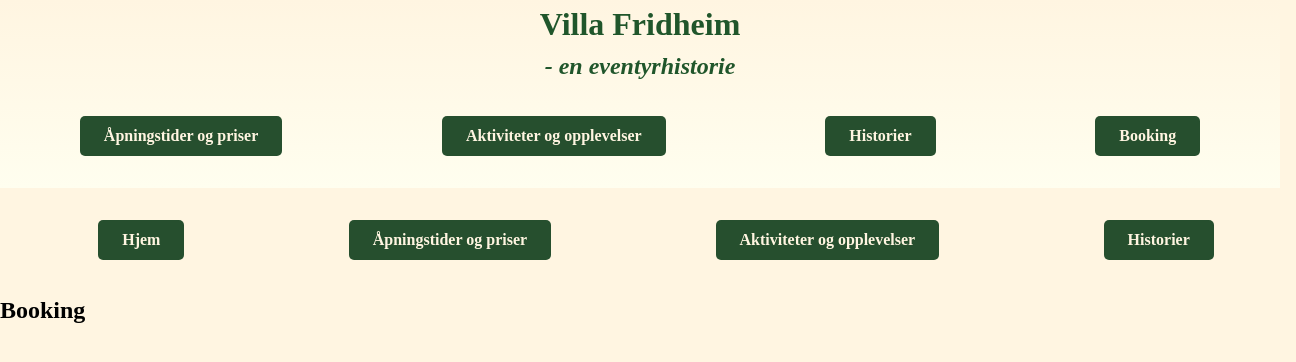
Repository: IdaHolmen/villa-fridheim
Page: src/booking.html
An editor plug-in stored every save of this project. The page is shown before and after the next save, followed by the edit.
The browser window is 1280 px wide. The page is 1296 px wide, then 1280 px, so the pictures cover 1296 px, including what lies to the right of the window. The pictures show the whole page.
Some web fonts or font styles are not loaded; a fallback is used.

Above is the page before, as saved 2024-10-07 09:42:26.

### src/booking.html
<!DOCTYPE html>
<html lang="en">
    <head>
        <meta charset="UTF-8" />
        <meta name="viewport" content="width=device-width, initial-scale=1.0" />
        <title>Villa Fridheim</title>
        <link rel="stylesheet" type="text/css" href="../css/reset.css" />
        <link rel="stylesheet" type="text/css" href="../css/style.css" />
    </head>
    <body>
        <header>
            <h1>Villa Fridheim</h1>
            <h2 id="sub-heading">- en eventyrhistorie</h2>

            <nav class="nav-bar">
                <a href="../index.html" class="nav-link">Åpningstider og priser</a>
                <a href="./activities.html" class="nav-link">Aktiviteter og opplevelser</a>
                <a href="./stories.html" class="nav-link">Historier</a>
                <a href="./booking.html" class="nav-link">Booking</a>
            </nav>
        </header>

        <nav class="nav-bar">
            <a href="../index.html" class="nav-link">Hjem</a>
            <a href="info.html" class="nav-link">Åpningstider og priser</a>
            <a href="activities.html" class="nav-link">Aktiviteter og opplevelser</a>
            <a href="stories.html" class="nav-link">Historier</a>
        </nav>

        <main>
            <h2>Booking</h2>
        </main>
    </body>
</html>

### css/reset.css
*, *::before, *::after {
	box-sizing: border-box;
  }

* {
	margin: 0;
	padding: 0;
}

body {
	line-height: 1.5;
	-webkit-font-smoothing: antialiased;
}

img, picture, video, canvas, svg {
	display: block;
	max-width: 100%;
}

input, textarea, select {
	font: inherit;
}

p, h1, h2, h3, h4, h5, h6 {
	overflow-wrap: break-word;
}

#root, #__next {
	isolation: isolate;
}

button {
	font: inherit;
	background: transparent;
	border: none;
	cursor: pointer;
	touch-action: manipulation;
}

a {
	color: inherit;
	text-decoration: none;
}

### css/style.css
@import url('https://fonts.googleapis.com/css2?family=Caudex:ital,wght@0,400;0,700;1,400;1,700&display=swap');

body {
    height: 100vh;
    width: 100%;
    display: flex;
    flex-direction: column;
    background-color: #fff5e1;
    font-family: 'Caudex', 'Times New Roman', Times, serif;
}

header {
    display: flex;
    flex-direction: column;
    justify-content: center;
    align-items: center;
    background: linear-gradient(180deg, rgba(255, 245, 225, 1) 0%, rgba(255, 254, 239, 1) 100%);
    color: #20562b;
    flex-basis: 15%;
}

#sub-heading {
    font-style: italic;
}

.nav-bar {
    width: 100%;
    color: black;
    display: flex;
    justify-content: space-around;
    flex-direction: row;
    text-align: center;
    margin: 1rem;
}

.nav-link {
    text-decoration: none;
    background-color: #264f2e;
    color: #fff5e1;
    padding: 0.5rem 1.5rem;
    font-weight: bold;
    margin: 1rem 2rem;
    border-radius: 5px;
}

.nav-link:hover {
    background-color: #407e4d;
}

.nav-link:active {
    background-color: #162c1b;
}

.section-headline {
    font-size: 1.25rem;
}

.main-container {
    flex-basis: 80%;
    text-align: center;
    margin: 2rem 2rem;
}

.about-section {
    width: 100%;
    padding: 24px;
    display: flex;
}

.about-text {
    flex-basis: 50%;
    display: flex;
    justify-content: center;
    align-items: center;
    padding: 24px;
}

.image-container {
    flex-basis: 50%;
}

img {
    border-radius: 5%;
}

footer {
    background-color: #264f2e;
    color: #fff5e1;
    flex-basis: 5%;
    display: flex;
    flex-direction: row;
    justify-content: space-around;
    padding: 1rem;
}

After the next save:
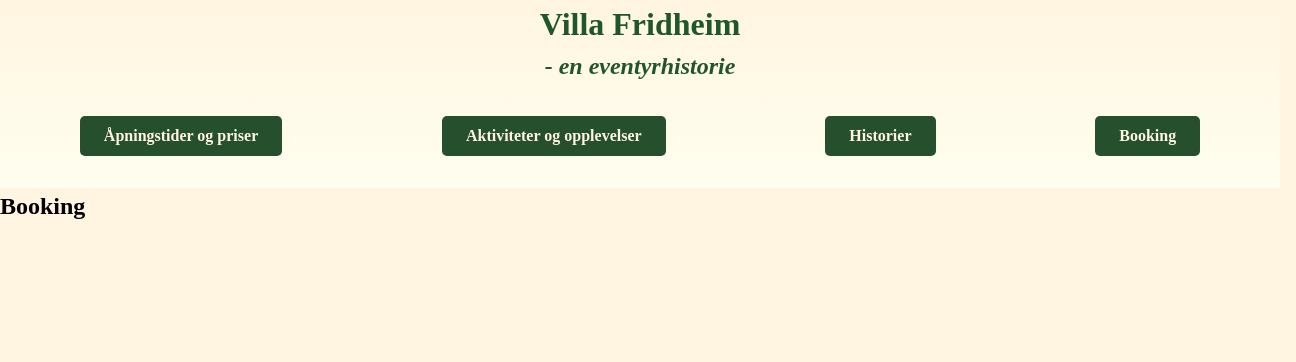
Saved 19 s later.
--- a/src/booking.html
+++ b/src/booking.html
@@ -20,13 +20,6 @@
             </nav>
         </header>
 
-        <nav class="nav-bar">
-            <a href="../index.html" class="nav-link">Hjem</a>
-            <a href="info.html" class="nav-link">Åpningstider og priser</a>
-            <a href="activities.html" class="nav-link">Aktiviteter og opplevelser</a>
-            <a href="stories.html" class="nav-link">Historier</a>
-        </nav>
-
         <main>
             <h2>Booking</h2>
         </main>
